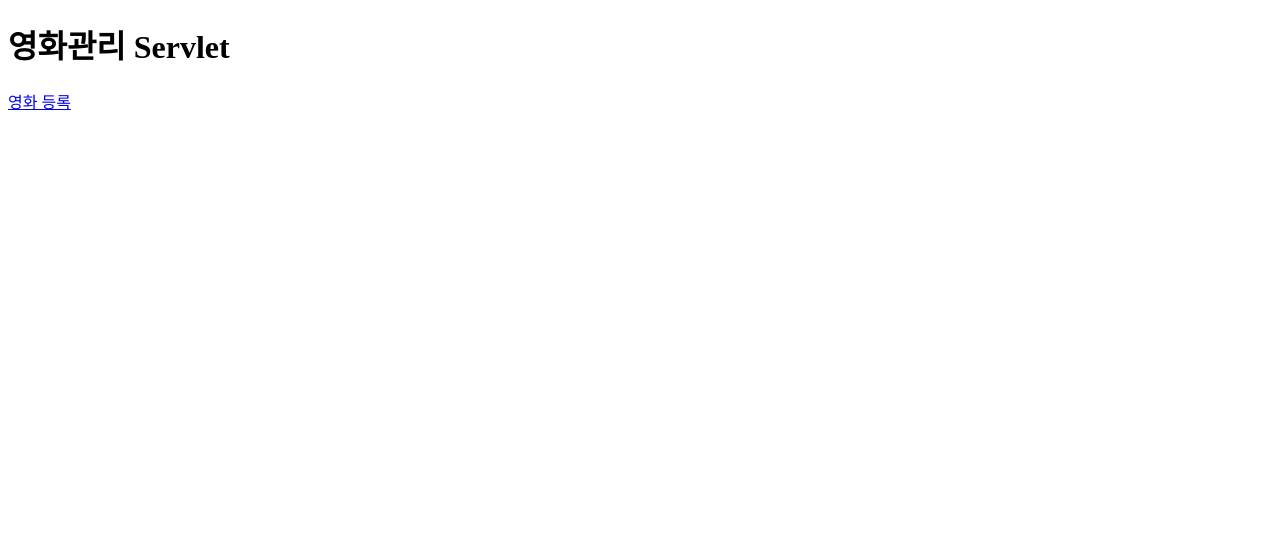
Repository: s00ngle/SSAFY-BE
Page: back_db_ws_01_2/src/main/webapp/index.html
An editor plug-in stored every save of this project. The page is shown before and after the next save, followed by the edit.
The browser window is 1280 px wide. The pictures show the whole page.

Above is the page before, as saved 2024-09-24 04:30:52.

After the next save:
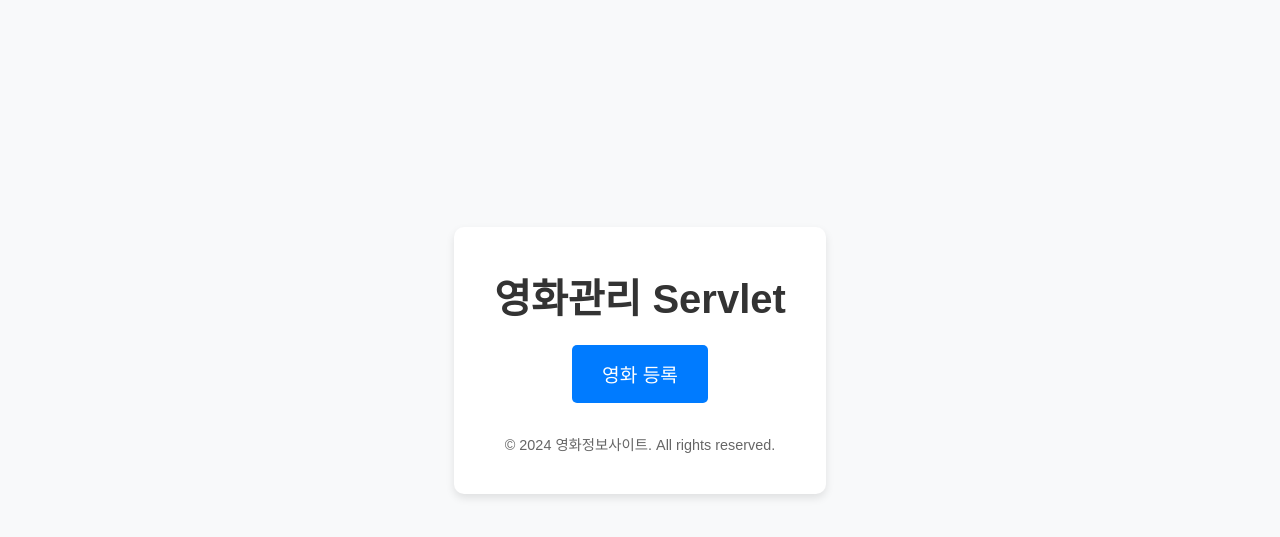
Saved 48 s later.
--- a/back_db_ws_01_2/src/main/webapp/index.html
+++ b/back_db_ws_01_2/src/main/webapp/index.html
@@ -1,11 +1,62 @@
 <!DOCTYPE html>
-<html>
+<html lang="ko">
 <head>
-<meta charset="UTF-8">
-<title>영화정보사이트</title>
+    <meta charset="UTF-8">
+    <meta name="viewport" content="width=device-width, initial-scale=1.0">
+    <title>영화정보사이트</title>
+    <style>
+        * {
+            box-sizing: border-box;
+            margin: 0;
+            padding: 0;
+            font-family: 'Arial', sans-serif;
+        }
+        body {
+            background-color: #f8f9fa;
+            display: flex;
+            justify-content: center;
+            align-items: center;
+            height: 100vh;
+        }
+        .container {
+            text-align: center;
+            background-color: #fff;
+            padding: 40px;
+            border-radius: 10px;
+            box-shadow: 0 4px 8px rgba(0, 0, 0, 0.1);
+        }
+        h1 {
+            font-size: 2.5em;
+            color: #333;
+            margin-bottom: 20px;
+        }
+        a {
+            display: inline-block;
+            text-decoration: none;
+            padding: 15px 30px;
+            background-color: #007BFF;
+            color: #fff;
+            border-radius: 5px;
+            font-size: 1.2em;
+            transition: background-color 0.3s ease;
+        }
+        a:hover {
+            background-color: #0056b3;
+        }
+        footer {
+            margin-top: 30px;
+            font-size: 0.9em;
+            color: #666;
+        }
+    </style>
 </head>
 <body>
-	<h1>영화관리 Servlet</h1>
-	<a href="/regist.html">영화 등록</a>
+    <div class="container">
+        <h1>영화관리 Servlet</h1>
+        <a href="/regist.html">영화 등록</a>
+        <footer>
+            &copy; 2024 영화정보사이트. All rights reserved.
+        </footer>
+    </div>
 </body>
 </html>
